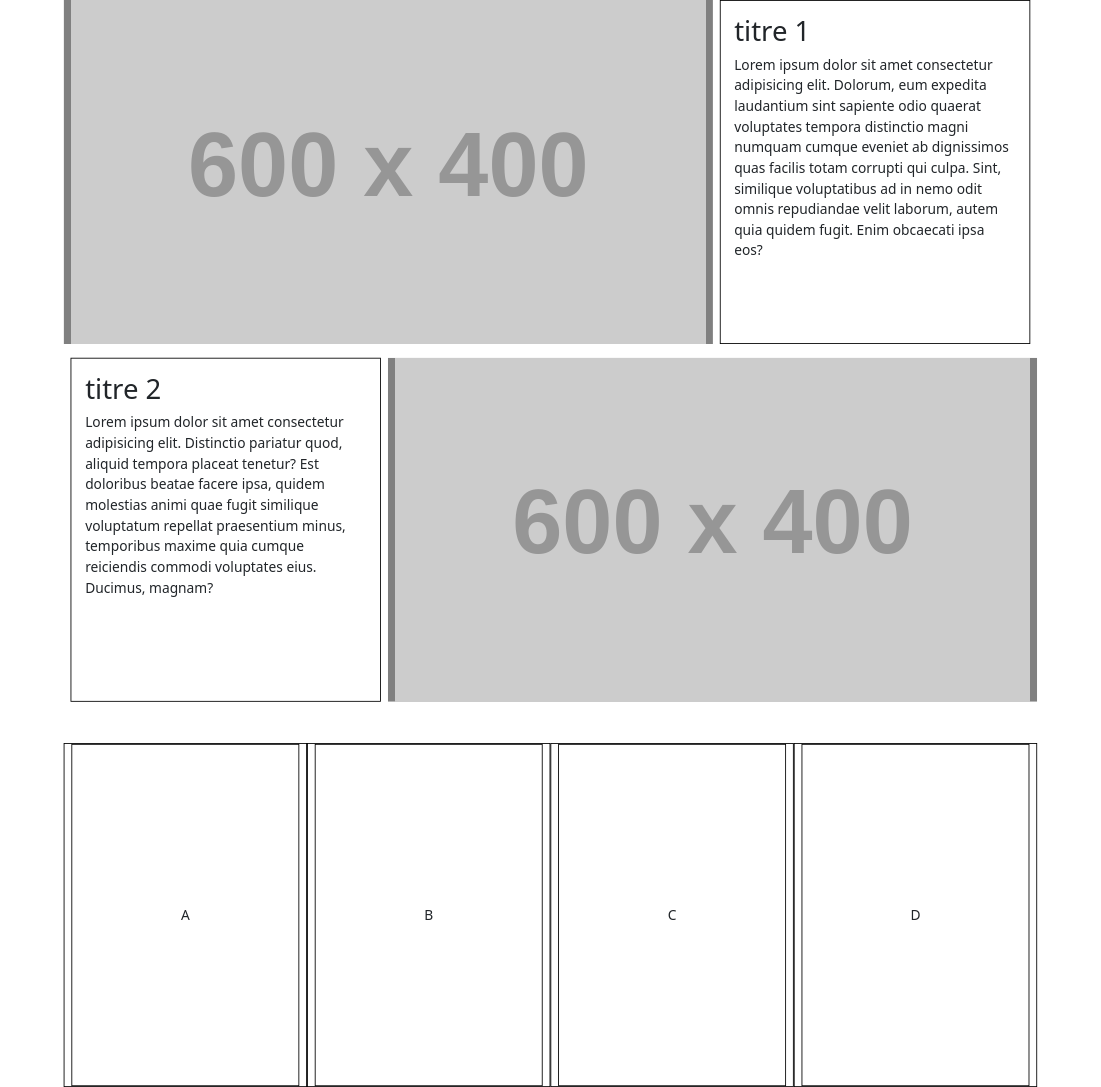
Repository: fbansept/ran4_24
Page: correction-tp.html
The author's editor kept a copy of each file at every save. The page is drawn from the files as they stood at one save, then again after the next save.
The browser window is 1280 px wide. The pictures show the whole page, at 86% of full size.

Above is the page before, as saved 2024-10-22 10:01:12.

### correction-tp.html
<!DOCTYPE html>
<html lang="en">
  <head>
    <meta charset="UTF-8" />
    <meta name="viewport" content="width=device-width, initial-scale=1.0" />
    <title>Document</title>

    <link
      href="https://cdn.jsdelivr.net/npm/bootstrap@5.3.3/dist/css/bootstrap.min.css"
      rel="stylesheet"
      integrity="sha384-QWTKZyjpPEjISv5WaRU9OFeRpok6YctnYmDr5pNlyT2bRjXh0JMhjY6hW+ALEwIH"
      crossorigin="anonymous"
    />
    <script
      defer
      src="https://cdn.jsdelivr.net/npm/bootstrap@5.3.3/dist/js/bootstrap.bundle.min.js"
      integrity="sha384-YvpcrYf0tY3lHB60NNkmXc5s9fDVZLESaAA55NDzOxhy9GkcIdslK1eN7N6jIeHz"
      crossorigin="anonymous"
    ></script>

    <link rel="stylesheet" href="style.css" />
  </head>
  <body class="container">
    <section class="row mb-lg-3 g-3">
      <img
        class="col-md-6 col-lg-8"
        src="https://placehold.co/600x400"
        alt=""
      />
      <article class="col-md-6 col-lg-4">
        <div>
          <h2>titre 1</h2>
          <p>
            Lorem ipsum dolor sit amet consectetur adipisicing elit. Dolorum,
            eum expedita laudantium sint sapiente odio quaerat voluptates
            tempora distinctio magni numquam cumque eveniet ab dignissimos quas
            facilis totam corrupti qui culpa. Sint, similique voluptatibus ad in
            nemo odit omnis repudiandae velit laborum, autem quia quidem fugit.
            Enim obcaecati ipsa eos?
          </p>
        </div>
      </article>
      <article class="col-md-6 col-lg-4">
        <div>
          <h2>titre 2</h2>
          <p>
            Lorem ipsum dolor sit amet consectetur adipisicing elit. Distinctio
            pariatur quod, aliquid tempora placeat tenetur? Est doloribus beatae
            facere ipsa, quidem molestias animi quae fugit similique voluptatum
            repellat praesentium minus, temporibus maxime quia cumque reiciendis
            commodi voluptates eius. Ducimus, magnam?
          </p>
        </div>
      </article>
      <img
        class="col-md-6 col-lg-8"
        src="https://placehold.co/600x400"
        alt=""
      />
    </section>
    <section
      class="row row-cols-1 row-cols-md-2 row-cols-lg-4 g-3 g-md-0 g-lg-3 mt-2 mt-md-3"
    >
      <div class="col">
        <div><span>A</span></div>
      </div>
      <div class="col">
        <div><span>B</span></div>
      </div>
      <div class="col">
        <div><span>C</span></div>
      </div>
      <div class="col">
        <div><span>D</span></div>
      </div>
    </section>
  </body>
</html>

### style.css
section > article,
section > div,
section > img {
  height: 400px;
}

section > article > div,
section > div {
  border: 1px solid black;
}

section > article > div {
  height: 100%;
  padding: 1em;
}

section > div > div {
  border: solid 1px black;
  width: 100%;
  height: 100%;

  display: flex;
  align-items: center;
  justify-content: center;
}

section > img {
  object-fit: cover;
  background-color: grey;
}

body {
  display: flex;
  flex-direction: column;
}

After the next save:
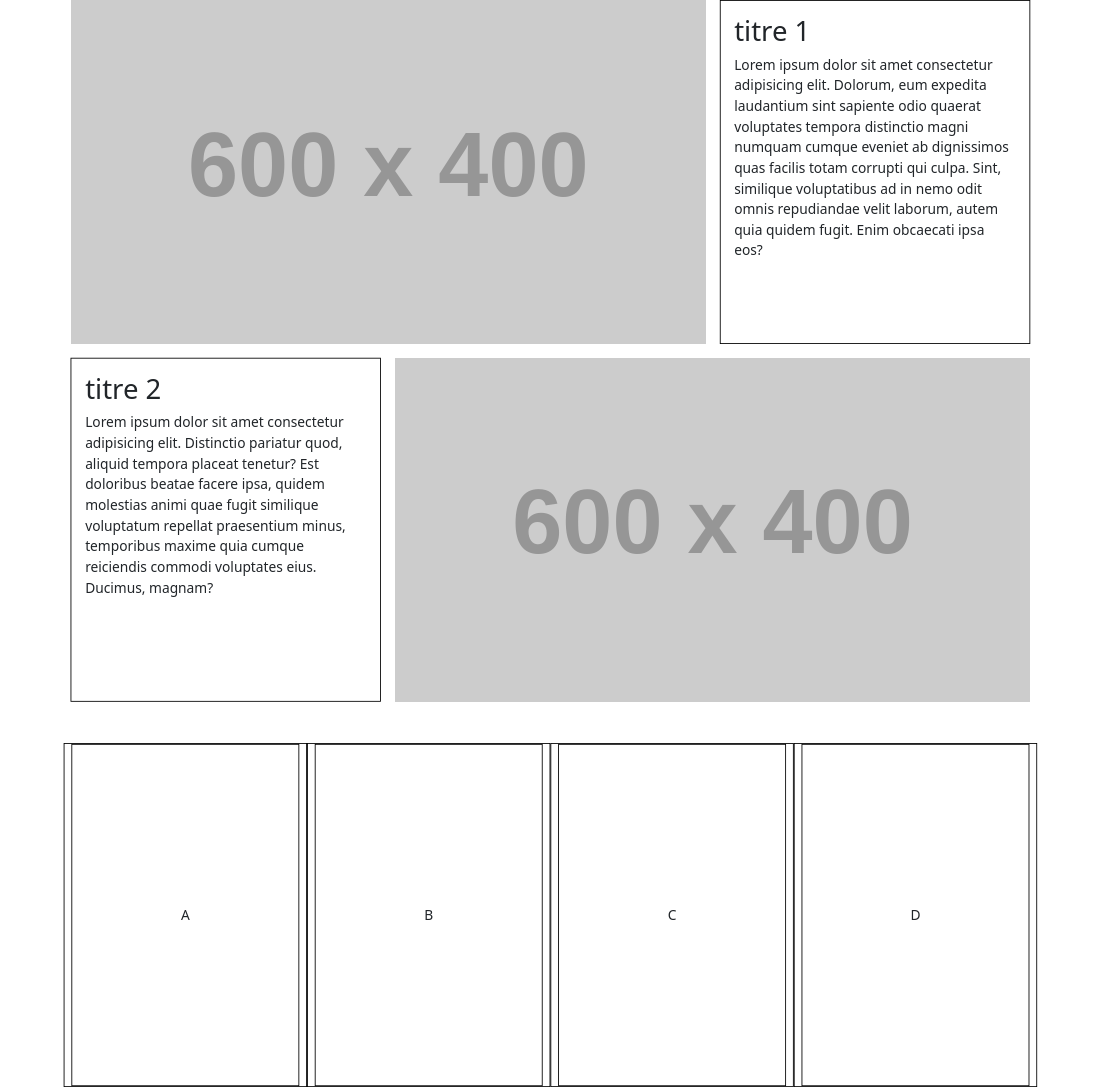
Saved 24 s later.
--- a/style.css
+++ b/style.css
@@ -26,7 +26,6 @@ section > div > div {
 
 section > img {
   object-fit: cover;
-  background-color: grey;
 }
 
 body {
